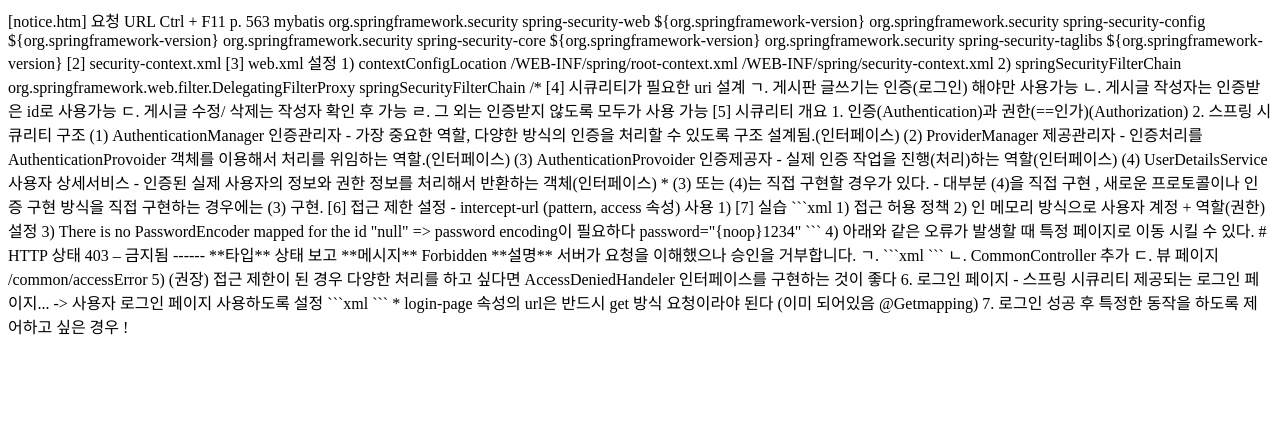
Repository: Vida0822/-
Page: SL11_SECURITY/src/main/webapp/customer/notice.htm
These files come from the project's save history. The page is drawn as it stood at one moment and after the next save; the edit follows.
The browser window is 1280 px wide. The pictures show the whole page.

Above is the page before, as saved 2023-07-04 02:55:59.

After the next save:
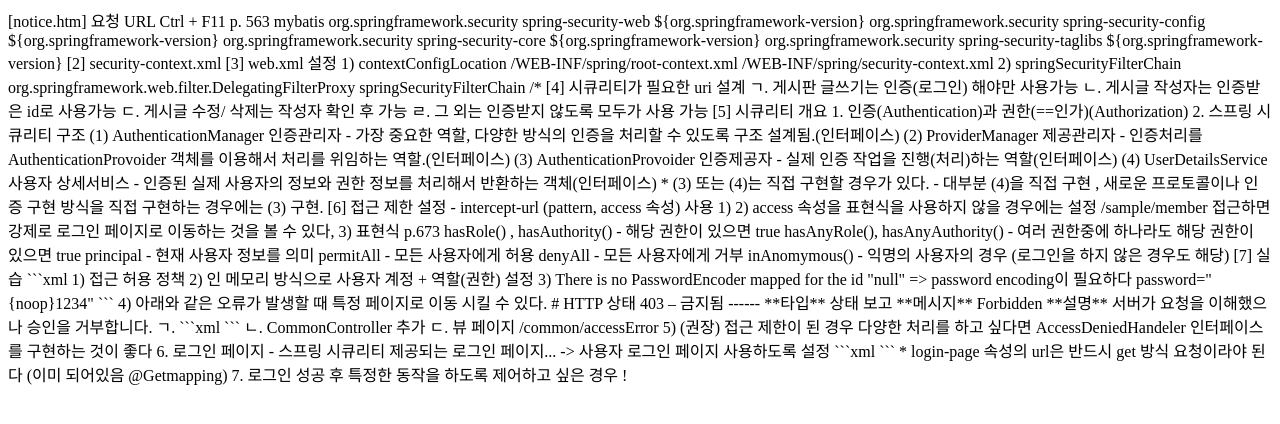
Saved 3 min 2 s later.
--- a/SL11_SECURITY/src/main/webapp/customer/notice.htm
+++ b/SL11_SECURITY/src/main/webapp/customer/notice.htm
@@ -98,6 +98,17 @@
 <http>
 	<intercept-url pattern="url패턴" access="권한 체크(권한명, 표현식)"/>
 </http>
+2) access 속성을 표현식을 사용하지 않을 경우에는 <http use-expression = false> 설정
+
+/sample/member 접근하면 강제로 로그인 페이지로 이동하는 것을 볼 수 있다,
+
+3) 표현식  p.673
+hasRole() , hasAuthority() - 해당 권한이 있으면 true
+hasAnyRole(), hasAnyAuthority() - 여러 권한중에 하나라도 해당 권한이 있으면 true
+principal - 현재 사용자 정보를 의미
+permitAll - 모든 사용자에게 허용
+denyAll - 모든 사용자에게 거부
+inAnomymous() - 익명의 사용자의 경우 (로그인을 하지 않은 경우도 해당)
 
 
 
